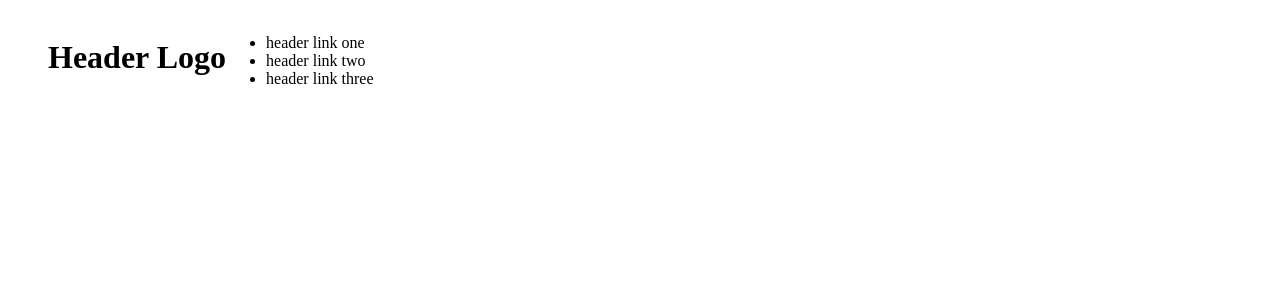
Repository: nlsukhde/porfolio
Page: index.html
The author's editor kept a copy of each file at every save. The page is drawn from the files as they stood at one save, then again after the next save.
The browser window is 1280 px wide. The pictures show the whole page.

Above is the page before, as saved 2025-06-19 16:20:39.

After the next save:
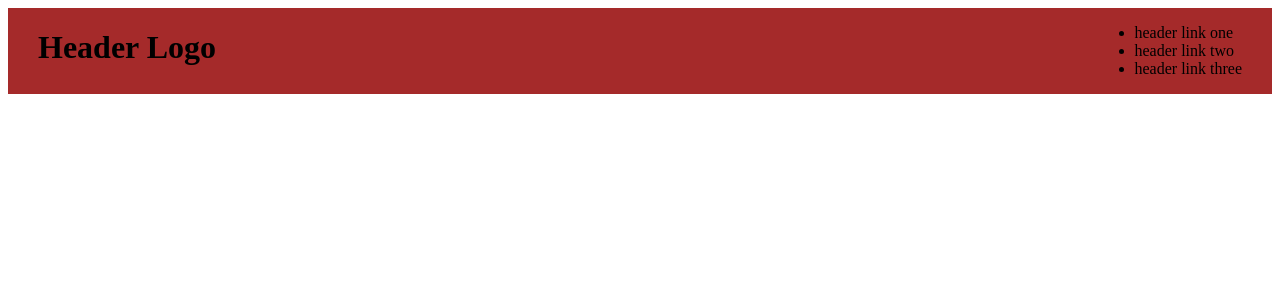
Saved 19 s later.
--- a/app.css
+++ b/app.css
@@ -1,8 +1,5 @@
 .section1 {
-    display: flex;
-    flex-direction: row;
-    padding: 10px;
-}
+    background-color: brown;
 
 header{
     display: flex;
